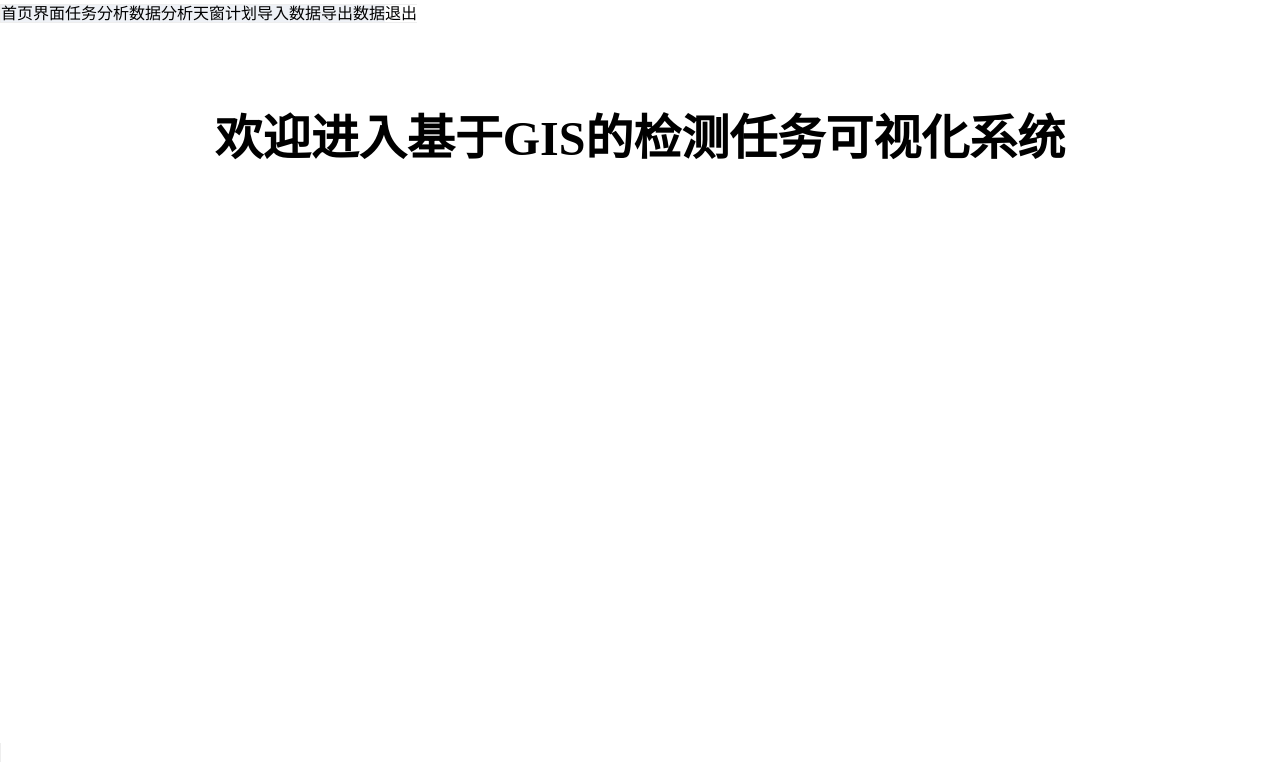
Repository: AweUniver/new_bishe_vue
Page: /
The author's editor kept a copy of each file at every save. The page is drawn from the files as they stood at one save, then again after the next save.
The browser window is 1280 px wide. The pictures show the whole page.
The project was rebuilt for these pictures with package versions that can differ from the ones it lists, and the page was loaded fresh each time. Also part of the build but not shown: vue.config.js. Imported but missing from the stored project, and not drawn on this page: src/elementUI/index.

Above is the page before, as saved 2023-05-18 16:15:26.

### src/main.js
import Vue from 'vue'
import App from './App.vue'
import router from './router'
import store from './store'
import '@/assets/global.less'
import '@/elementUI/index'
Vue.config.productionTip = false

new Vue({
  router,
  store,
  render: h => h(App)
}).$mount('#app')

### src/App.vue
<template>
  <router-view></router-view>
</template>

<script>
export default {
  name: 'App'
}
</script>

<style lang="less" scoped></style>

### src/router/index.js
import Vue from 'vue'
import VueRouter from 'vue-router'
// import store from '@/store'

Vue.use(VueRouter)

const routes = [
  {
    path: '/',
    component: () => import('@/views/layout'),
    redirect: '/home', // 默认显示首页的二级路由
    children: [
      {
        path: 'home',
        component: () => import('@/views/home')
      }
    ]
  },
  {
    path: '/date',
    component: () => import('@/views/date')
  },
  {
    path: '/camera',
    component: () => import('@/views/camera')
  },
  {
    path: '/charts',
    component: () => import('@/views/charts')
  },
  {
    path: '/skylight',
    component: () => import('@/views/skylight')
  },
  {
    path: '/import',
    component: () => import('@/views/excel/import')
  },
  {
    path: '/export',
    component: () => import('@/views/excel/export')
  }
]

const router = new VueRouter({
  routes
})

// // 无需验证token的页面
// const whiteList = ['/login', '/reg']

// router.beforeEach((to, from, next) => {
//   const token = store.state.token
//   if (token) {
//     // 如果有token, 证明已登录
//     if (!store.state.userInfo.username) {
//       // 有token但是没有用户信息, 才去请求用户信息保存到vuex里
//       // 调用actions里方法请求数据
//       store.dispatch('initUserInfo')
//       // 下次切换页面vuex里有用户信息数据就不会重复请求用户信息
//     }
//     next() // 路由放行
//   } else {
//     // 如果无token
//     // 如果去的是白名单页面, 则放行
//     if (whiteList.includes(to.path)) {
//       next()
//     } else {
//       // 如果其他页面请强制拦截并跳转到登录页面
//       next('/login')
//     }
//   }
// })

export default router

### src/store/index.js
import Vue from 'vue'
import Vuex from 'vuex'
import createPersistedState from 'vuex-persistedstate'
// 导入axios
import { getUserInfoAPI } from '@/api'

Vue.use(Vuex)

export default new Vuex.Store({
  state: {
    token: '', // 用户token
    userInfo: {} // 定义用户信息对象
  },
  mutations: {
    // 更新 token 的 mutation 函数
    updateToken (state, newToken) {
      state.token = newToken
    },
    // 更新用户的信息
    updateUserInfo (state, info) {
      state.userInfo = info
    }
  },
  actions: {
    // 定义初始化用户基本信息的 action 函数
    async initUserInfo (store) {
      const { data: res } = await getUserInfoAPI()
      if (res.code === 0) {
        store.commit('updateUserInfo', res.data)
      }
    }
  },
  getters: {
    nickname: state => state.userInfo.nickname, // 昵称
    username: state => state.userInfo.username, // 用户名
    user_pic: state => state.userInfo.user_pic // 用户头像
  },
  // 配置为 vuex 的插件
  plugins: [createPersistedState()]
})

### src/views/layout/index.vue
<template>
  <el-container style="height: 650px; border: 1px solid #eee">
    <el-aside width="200px" style="background-color: rgb(238, 241, 246)">
      <el-menu
        @open="handleOpen"
        @close="handleClose"
        default-active="home"
        unique-opened
        router
      >
        <el-menu-item index="home">
          <i class="el-icon-menu"></i>
          <span slot="title">首页界面</span>
        </el-menu-item>
        <el-menu-item index="camera">
          <i class="el-icon-menu"></i>
          <span slot="title">任务分析</span>
        </el-menu-item>
        <el-menu-item index="charts">
          <i class="el-icon-menu"></i>
          <span slot="title">数据分析</span> </el-menu-item
        ><el-menu-item index="skylight">
          <i class="el-icon-menu"></i>
          <span slot="title">天窗计划</span>
        </el-menu-item>
        <el-submenu index="3">
          <template slot="title">
            <i class="el-icon-menu"></i>
            <span>报表输出</span>
          </template>
          <el-menu-item index="import">导入数据</el-menu-item>
          <el-menu-item index="export">导出数据</el-menu-item>
        </el-submenu>
      </el-menu>
    </el-aside>

    <el-container class="main-container">
      <el-header style="text-align: right; font-size: 12px；">
        <!-- 右侧的菜单 -->
        <el-menu>
          <el-menu-item index="1" @click="logoutFn"
            ><i class="el-icon-switch-button"></i>退出</el-menu-item
          >
        </el-menu>
      </el-header>

      <el-main>
        <router-view></router-view>
      </el-main>
    </el-container>
  </el-container>
</template>

<script>
export default {
  name: 'my-layout',
  data () {
    const item = {
      date: '',
      name: '',
      address: ''
    }
    return {
      tableData: Array(20).fill(item)
    }
  },
  methods: {
    // 退出
    logoutFn () {
      // 询问用户是否退出
      this.$confirm('您确认退出吗？', '提示', {
        confirmButtonText: '确定',
        cancelButtonText: '取消',
        type: 'warning'
      })
        .then(() => {
          // TODO：执行退出的操作
          // 1. 清空 token
          this.$store.commit('updateToken', '')
          // 2. 跳转到地图页面
          this.$router.push('/date')
        })
        .catch((err) => err)
    },
    handleOpen (key, keyPath) {
      console.log(key, keyPath)
    },
    handleClose (key, keyPath) {
      console.log(key, keyPath)
    }
  }
}
</script>

<style lang="less" scoped>
.el-header {
  background-color: #b3c0d1;
  color: #333;
  line-height: 60px;
  height: 100%;
}

.el-aside {
  color: #333;
}

.main-container {
  height: 100%;
  .el-header,
  .el-aside {
    background-color: #b3c0d1;
  }
  .el-header {
    padding: 0;
    display: flex;
    flex-direction: row-reverse;
    // justify-content: space-between;
  }
  .el-main {
    overflow-y: scroll;
    height: 0;
    background-color: #f2f2f2;
  }
  .el-footer {
    background-color: #eee;
    font-size: 12px;
    // display: flex;
    // justify-content: center;
    // align-items: center;
  }
}
</style>

### src/views/home/index.vue
<template>
  <div class="home">
    <div class="welcome">欢迎进入基于GIS的检测任务可视化系统</div>
  </div>
</template>

<style scoped>
.home {
  display: flex;
  justify-content: center;
  align-items: center;
  height: 100%;
}

.welcome {
  font-size: 3rem;
  font-weight: bold;
  text-align: center;
  padding-bottom: 500px;
}
</style>

### src/api/index.js
import request from '@/utils/request'

/**
 * 注册接口
 * @param {*} param0 { username: 用户名, password: 密码 }
 * @returns Promise对象
 */
export const registerAPI = ({ username, password, repassword }) => {
  return request({
    url: '/api/reg',
    method: 'post',
    data: {
      username,
      password,
      repassword
    }
  })
}

/**
 * 登录接口
 * @param {*} param0 { username: 用户名, password: 密码 }
 * @returns Promise对象
 */
export const loginAPI = ({ username, password }) => {
  return request({
    url: '/api/login',
    method: 'post',
    data: {
      username,
      password
    }
  })
}

/**
 * 获取-用户基础资料
 * @returns Promise对象
 */
export const getUserInfoAPI = () => {
  return request({
    url: '/my/userinfo'
  })
}

/**
 * 获取-侧边栏菜单数据
 * @returns Promise对象
 */
export const getMenusAPI = () => {
  return request({
    url: '/my/menus'
  })
}

/**
 * 更新-用户头像
 * @param {*} avatar 头像的base64字符串
 * @returns Promise对象
 */
export const updateAvatarAPI = (avatar) => {
  return request({
    url: '/my/update/avatar',
    method: 'PATCH',
    data: {
      avatar
    }
  })
}

### src/utils/request.js
import axios from 'axios'
// import store from '@/store'
// import router from '@/router'

// 创建一个自定的axios方法(比原axios多了个基地址)
// axios函数请求的url地址前面会被拼接基地址, 然后axios请求baseURL+url后台完整地址
export const baseURL = 'http://big-event-vue-api-t.itheima.net'
const myAxios = axios.create({
  baseURL
})

// 白名单: 不需要携带token的api地址
// const whiteAPIList = ['/api/reg', '/api/login']

// // 定义请求拦截器
// myAxios.interceptors.request.use(function (config) {
//   if (!whiteAPIList.includes(config.url)) {
//     // 为请求头挂载 Authorization 字段
//     config.headers.Authorization = store.state.token
//   }
//   return config
// }, function (error) {
//   return Promise.reject(error)
// })

// // 定义响应拦截器
// myAxios.interceptors.response.use(function (response) {
//   // 响应状态码为 2xx 时触发成功的回调，形参中的 response 是“成功的结果”
//   return response
// }, function (error) {
//   // 响应状态码不是 2xx 时触发失败的回调，形参中的 error 是“失败的结果”
//   if (error.response.status === 401) {
//     // 无效的 token
//     // 把 Vuex 中的 token 重置为空，并跳转到登录页面
//     store.commit('updateToken', '')
//     router.push('/login')
//   }
//   return Promise.reject(error)
// })

// 导出自定义的axios方法, 供外面调用传参发请求
export default myAxios

Loaded but not shown: public/index.html (common file); src/assets/global.less (common file)

After the next save:
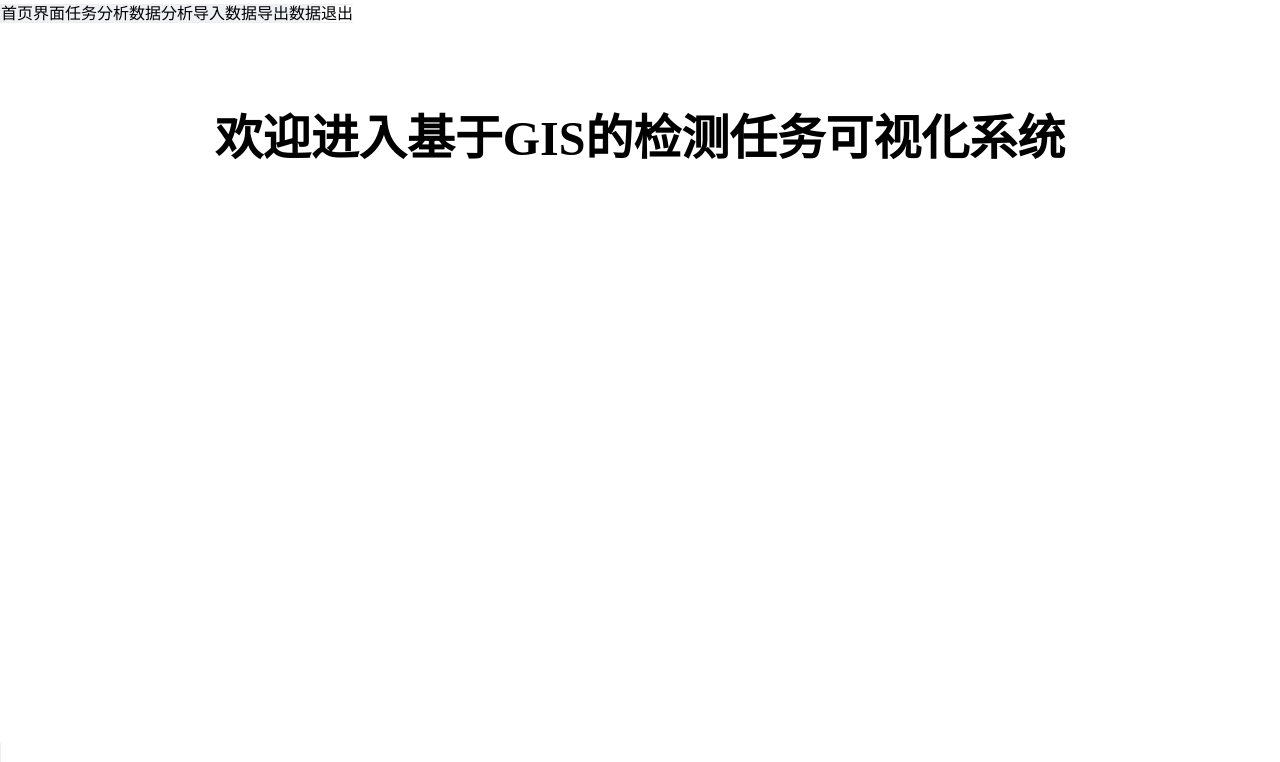
Saved 22 s later.
--- a/src/views/layout/index.vue
+++ b/src/views/layout/index.vue
@@ -18,11 +18,12 @@
         </el-menu-item>
         <el-menu-item index="charts">
           <i class="el-icon-menu"></i>
-          <span slot="title">数据分析</span> </el-menu-item
-        ><el-menu-item index="skylight">
+          <span slot="title">数据分析</span>
+          </el-menu-item>
+          <!-- <el-menu-item index="skylight">
           <i class="el-icon-menu"></i>
           <span slot="title">天窗计划</span>
-        </el-menu-item>
+        </el-menu-item> -->
         <el-submenu index="3">
           <template slot="title">
             <i class="el-icon-menu"></i>
